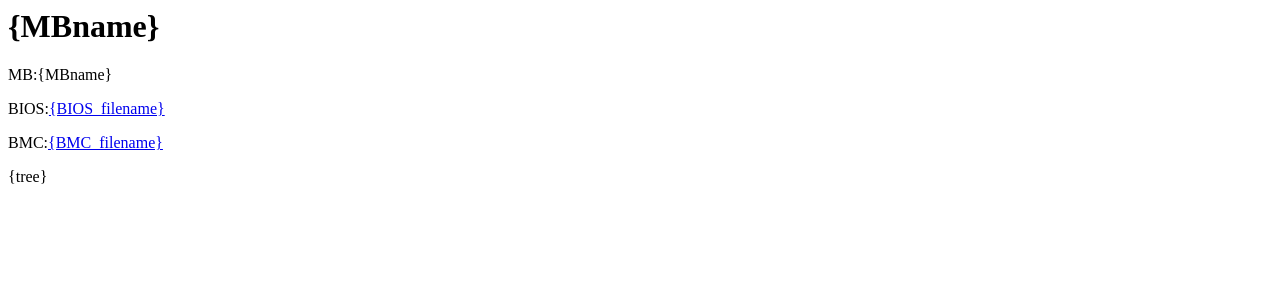
Repository: tttt1213/BIOSversion
Page: result.html
An editor plug-in stored every save of this project. The page is shown before and after the next save, followed by the edit.
The browser window is 1280 px wide. The pictures show the whole page.

Above is the page before, as saved 2023-04-03 11:24:53.

After the next save:
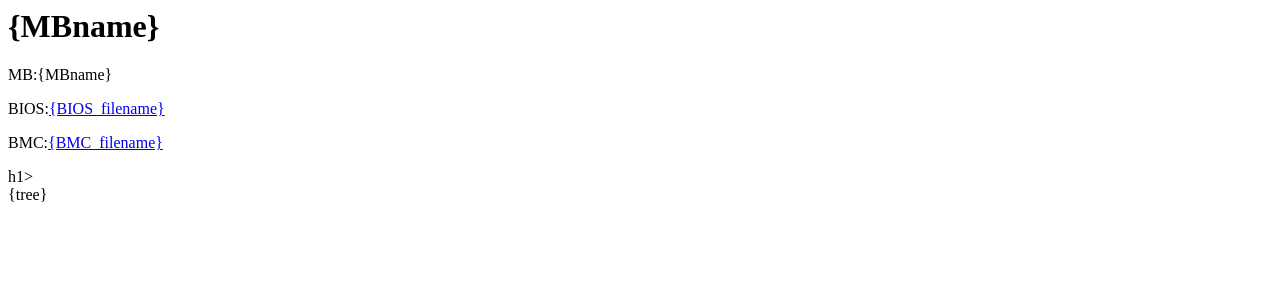
Saved 2 min 1 s later.
--- a/result.html
+++ b/result.html
@@ -10,6 +10,7 @@
 <p>BIOS:<a href="{BIOS_ver}">{BIOS_filename}<a/></p>
 <p>BMC:<a href="{BMC_ver}">{BMC_filename}<a/></p>
 </div>
+<body></body>h1>
 <div>{tree}</div>
 </body>
 </html>
